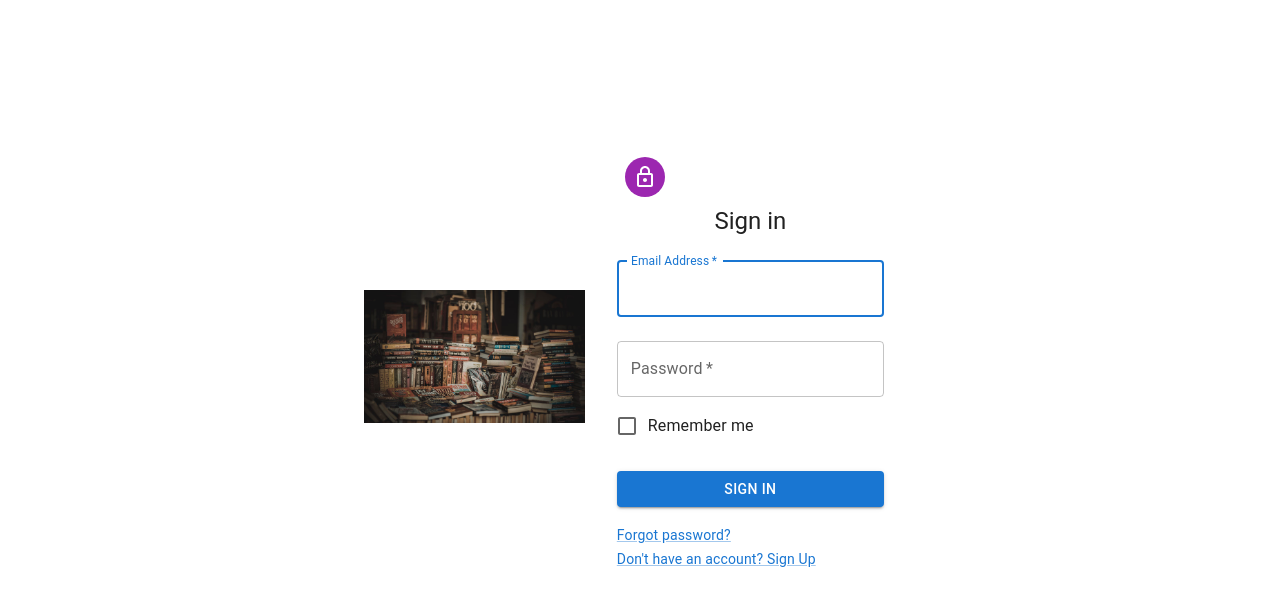
Repository: Milith97/Book-Borrowing-System
Page: /
These files come from the project's save history. The page is drawn as it stood at one moment and after the next save; the edit follows.
The browser window is 1280 px wide. The pictures show the whole page.
The project was rebuilt for these pictures with package versions that can differ from the ones it lists, and the page was loaded fresh each time. Also part of the build but not shown: vite.config.js, src/Componnts/SignUp.jsx, src/index.css.

Above is the page before, as saved 2024-03-25 12:49:51.

After the next save:
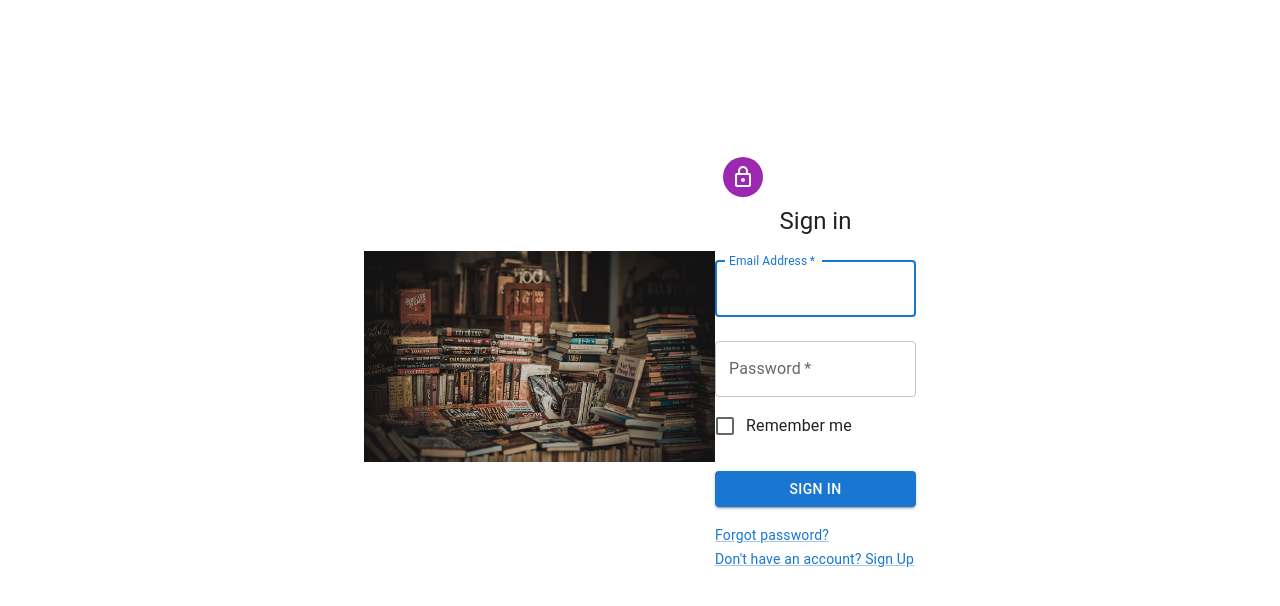
Saved 37 s later.
--- a/src/Componnts/SignIn.jsx
+++ b/src/Componnts/SignIn.jsx
@@ -25,10 +25,10 @@ export default function SignIn() {
       <Container component="main" maxWidth="sm">
         <CssBaseline />
         <Box sx={{ display: 'flex', alignItems: 'center', height: '100vh' }}>
-          <Box sx={{ flexBasis: '40%' }}>
+          <Box sx={{ flexGrow: 1 }}>
             <img src={signInImage} alt="Sign In" style={{ maxWidth: '100%', height: 'auto' }} />
           </Box>
-          <Box sx={{ flexBasis: '60%', padding: '0 2rem', maxWidth: '100%' }}>
+          <Box sx={{ flexGrow: 1, display: 'flex', flexDirection: 'column', justifyContent: 'center' }}>
             <Avatar sx={{ m: 1, bgcolor: 'secondary.main' }}>
               <LockOutlinedIcon />
             </Avatar>
